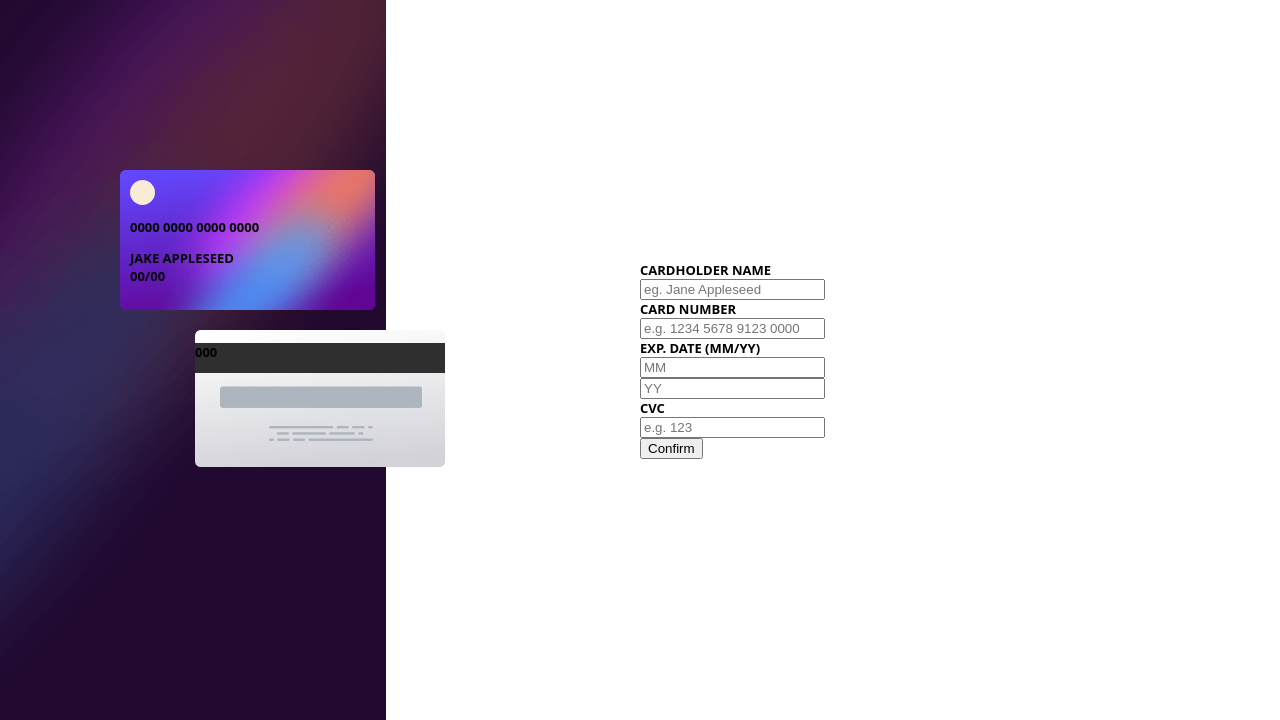
Repository: Celebration-cloud/my-project
Page: interactive-card-details-form-main/index.html
The author's editor kept a copy of each file at every save. The page is drawn from the files as they stood at one save, then again after a run of saves.
The browser window is 1280 px wide. The pictures show the whole page.

Above is the page before, as saved 2023-08-23 00:38:19.

After the next 4 saves:
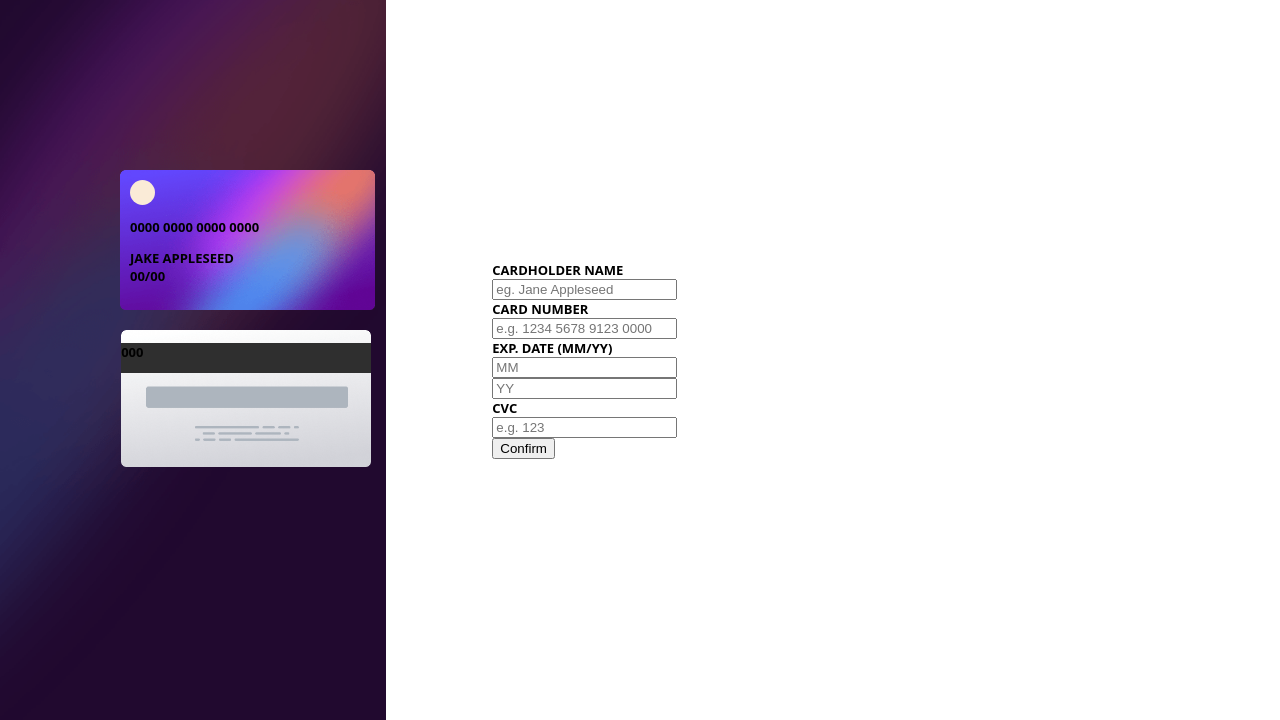
The 4 saves are shown as one change because they came seconds apart.
The last was saved 11 s later.
--- a/interactive-card-details-form-main/index.css
+++ b/interactive-card-details-form-main/index.css
@@ -64,5 +64,5 @@ body{
 }
 #section-b{
     align-self: center;
-    width: 50%;
+    width: 80%;
 }
